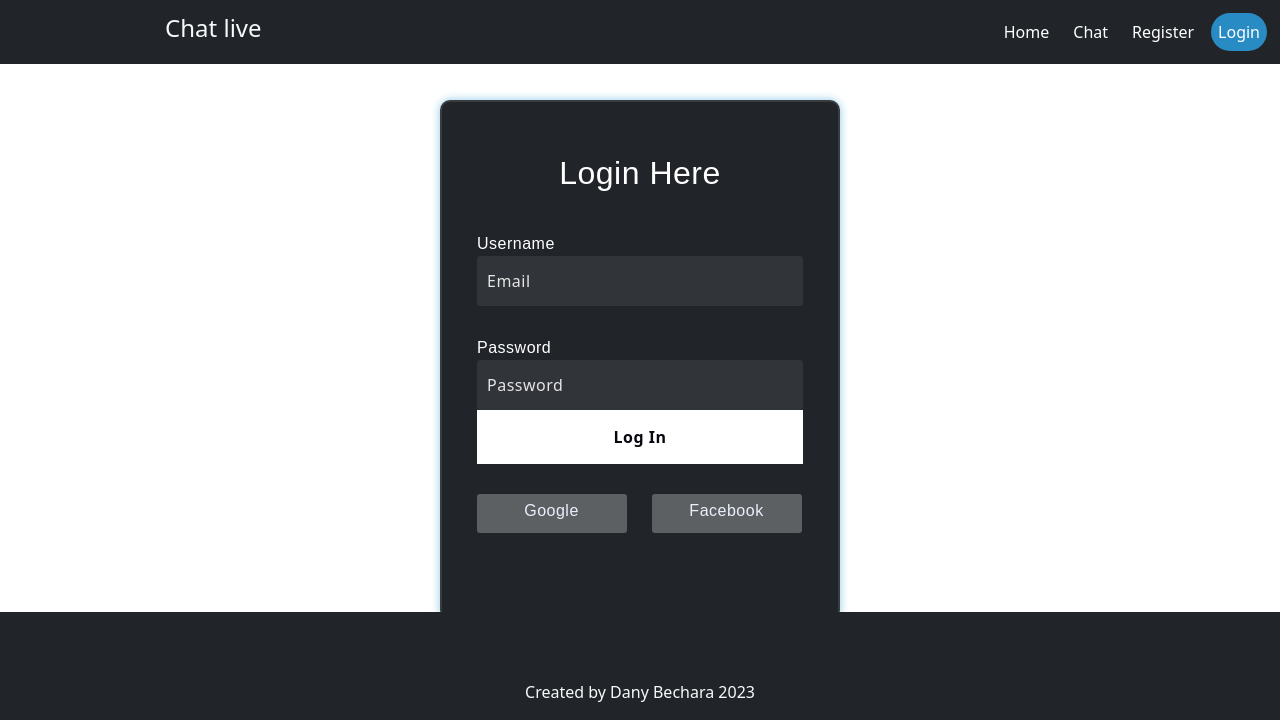
Repository: bechara611/chatv2
Page: /login
The author's editor kept a copy of each file at every save. The page is drawn from the files as they stood at one save, then again after the next save.
The browser window is 1280 px wide. The pictures show the whole page.
The project was rebuilt for these pictures with package versions that can differ from the ones it lists, and the page was loaded fresh each time. Also part of the build but not shown: src/index.css, src/auth/components/register.jsx, src/ui/components/Home.jsx.

Above is the page before, as saved 2023-03-03 10:13:26.

After the next save:
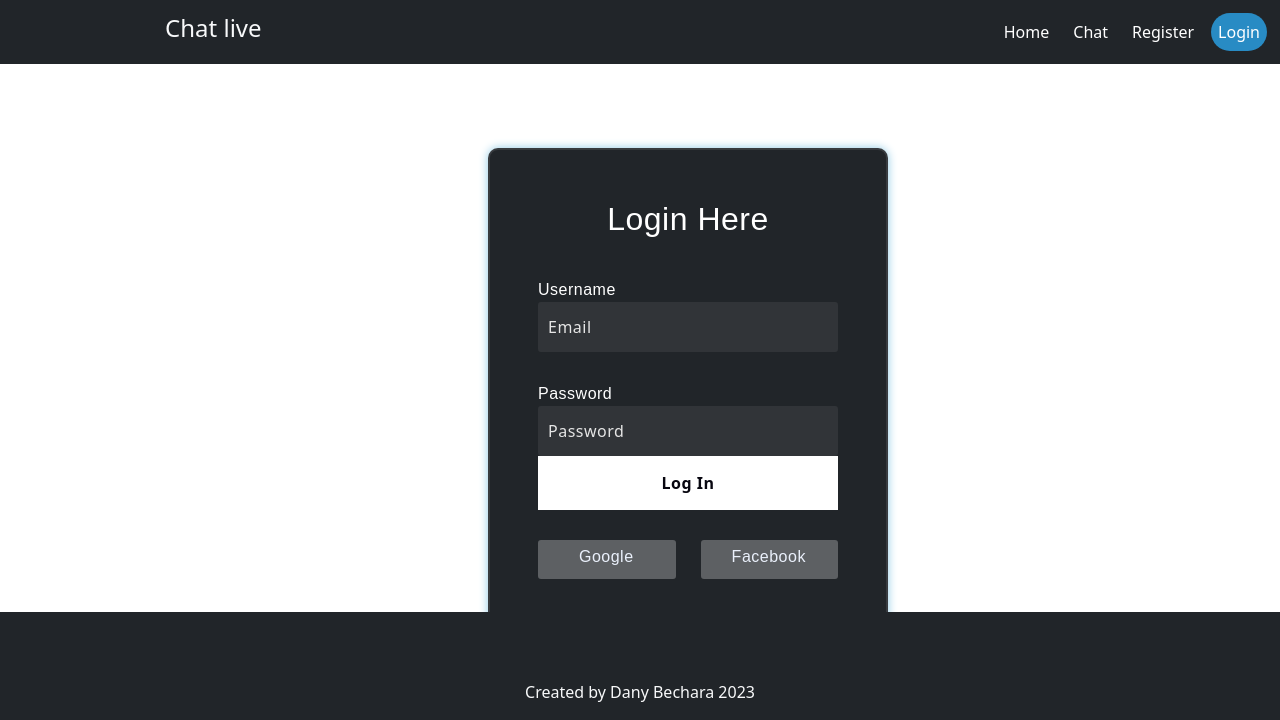
Saved 15 s later.
--- a/src/auth/components/login.jsx
+++ b/src/auth/components/login.jsx
@@ -4,7 +4,7 @@
     return (
         <>
 
-            <form className='bg-dark'>
+            <form className='bg-dark p-5 m-5'>
                 <h3>Login Here</h3>
 
                 <label htmlFor="username">Username</label>

After the 2 saves that followed:
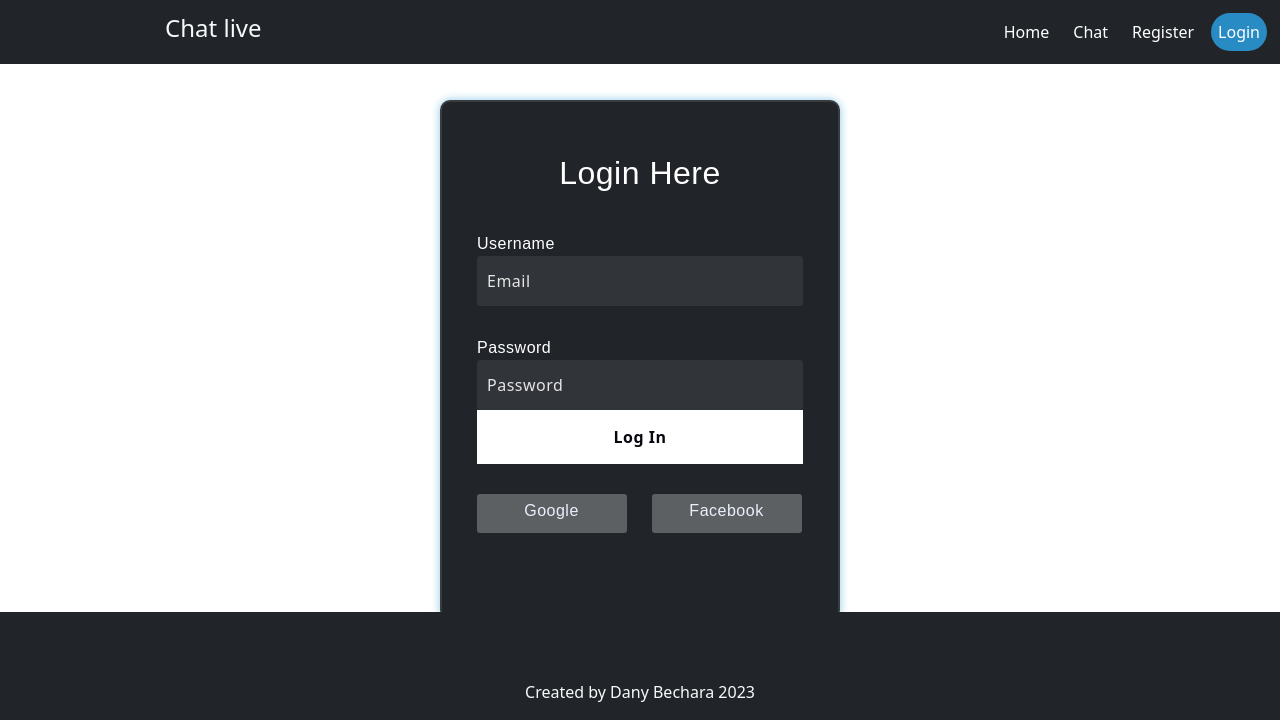
The 2 saves are shown as one change because they came seconds apart.
The last was saved 10 s later.
--- a/src/auth/components/login.jsx
+++ b/src/auth/components/login.jsx
@@ -4,7 +4,7 @@
     return (
         <>
 
-            <form className='bg-dark p-5 m-5'>
+            <form className='bg-dark'>
                 <h3>Login Here</h3>
 
                 <label htmlFor="username">Username</label>
